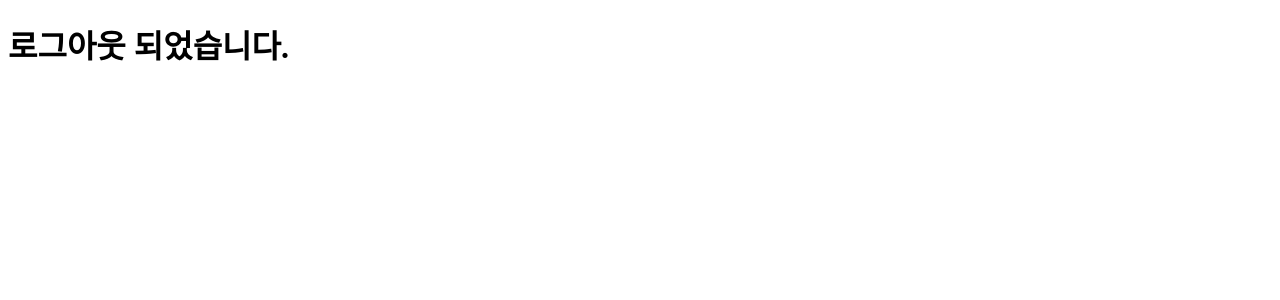
Repository: minimelody/servlet
Page: http://localhost/web1/views/member/logout.jsp
These files come from the project's save history. The page is drawn as it stood at one moment and after the next save; the edit follows.
The browser window is 1280 px wide. The pictures show the whole page.
The page is served by Tomcat 9. Other server files are loaded and not shown.

Above is the page before, as saved 2018-05-21 05:47:34.

### webworkspace2/web1/WebContent/views/member/logout.jsp
<%@ page language="java" contentType="text/html; charset=UTF-8"
    pageEncoding="UTF-8"%>
<!DOCTYPE html PUBLIC "-//W3C//DTD HTML 4.01 Transitional//EN" "http://www.w3.org/TR/html4/loose.dtd">
<html>
<head>
<meta http-equiv="Content-Type" content="text/html; charset=UTF-8">
<title>Insert title here</title>
</head>
<body>
<%
	if(session != null)
	{
		session.invalidate();
%>
<h1>로그아웃 되었습니다.</h1>
<% }else{ %>
	<h1>로그인 정보가 없습니다.</h1>
<% } %>
</body>
</html>

After the next save:
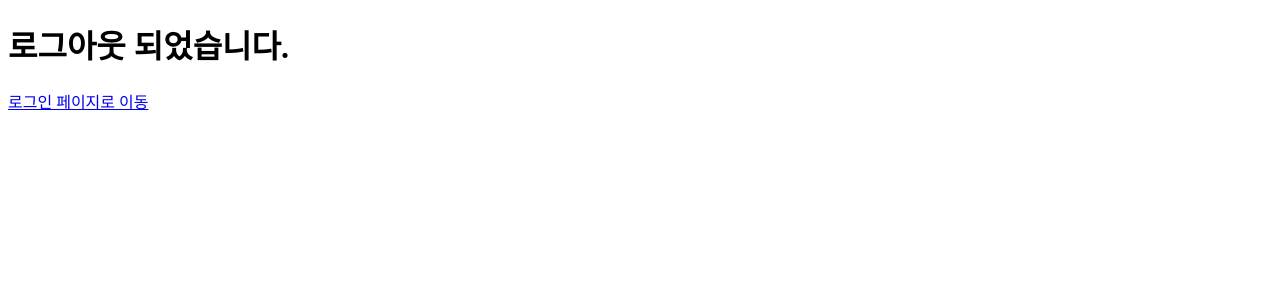
Saved 38 s later.
--- a/webworkspace2/web1/WebContent/views/member/logout.jsp
+++ b/webworkspace2/web1/WebContent/views/member/logout.jsp
@@ -8,13 +8,14 @@
 </head>
 <body>
 <%
-	if(session != null)
-	{
+	if(session != null){
 		session.invalidate();
 %>
 <h1>로그아웃 되었습니다.</h1>
 <% }else{ %>
 	<h1>로그인 정보가 없습니다.</h1>
 <% } %>
+
+<a href="/views/member/memberIndex.html">로그인 페이지로 이동</a><br>
 </body>
 </html>
